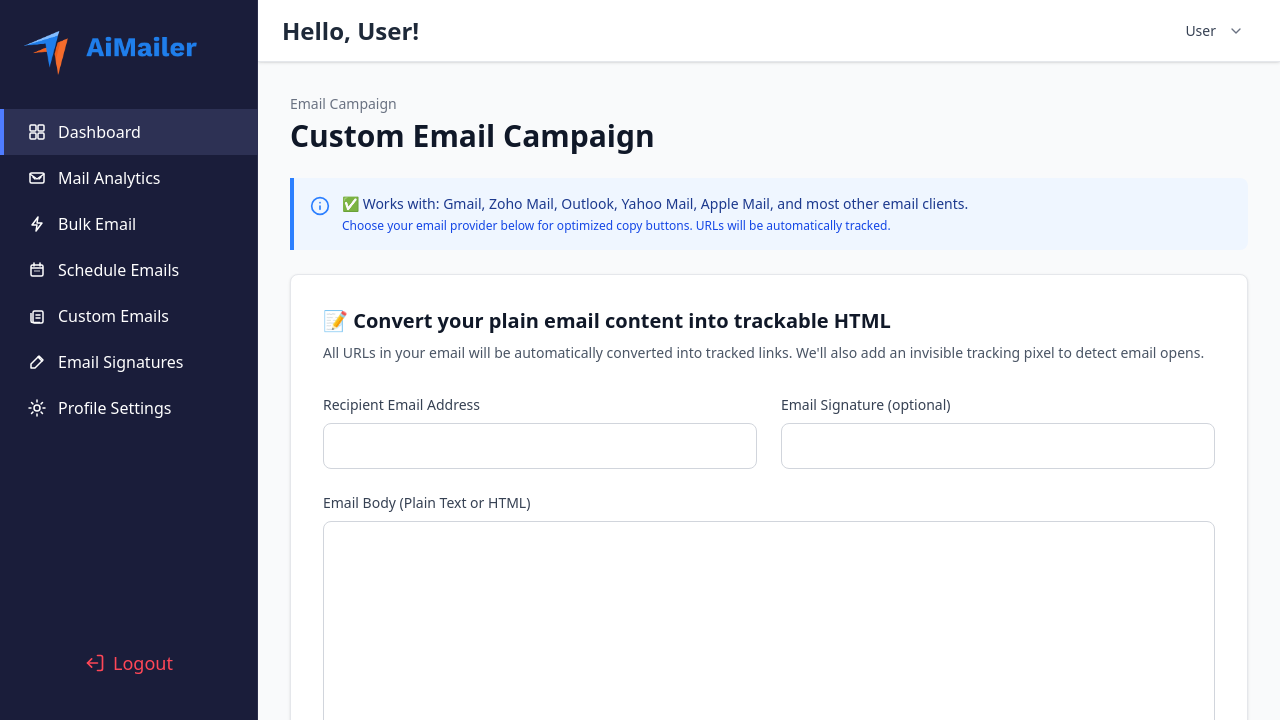
Repository: princesharma8630/AiEmailer-
Page: /custom-emails
The author's editor kept a copy of each file at every save. The page is drawn from the files as they stood at one save, then again after the next save.
The browser window is 1280 px wide. The pictures show the whole page.
The page's requests for data from a server got no answer. An inner scrolling area shows only its first screen. The project was rebuilt for these pictures with package versions that can differ from the ones it lists, and the page was loaded fresh each time. No one was signed in, and anything a server would have sent is missing. Also part of the build but not shown: vite.config.ts, src/router/publicRouter.tsx, src/layouts/authLayout/authlayout.tsx, src/pages/signup/otppage.tsx, src/pages/login/resetpassword/ResetModule.tsx, src/pages/login/login.tsx, src/pages/signup/signup.tsx, src/component/dashbord/StatsCard.tsx and 26 more.

Above is the page before, as saved 2025-10-28 08:11:38.

After the next save:
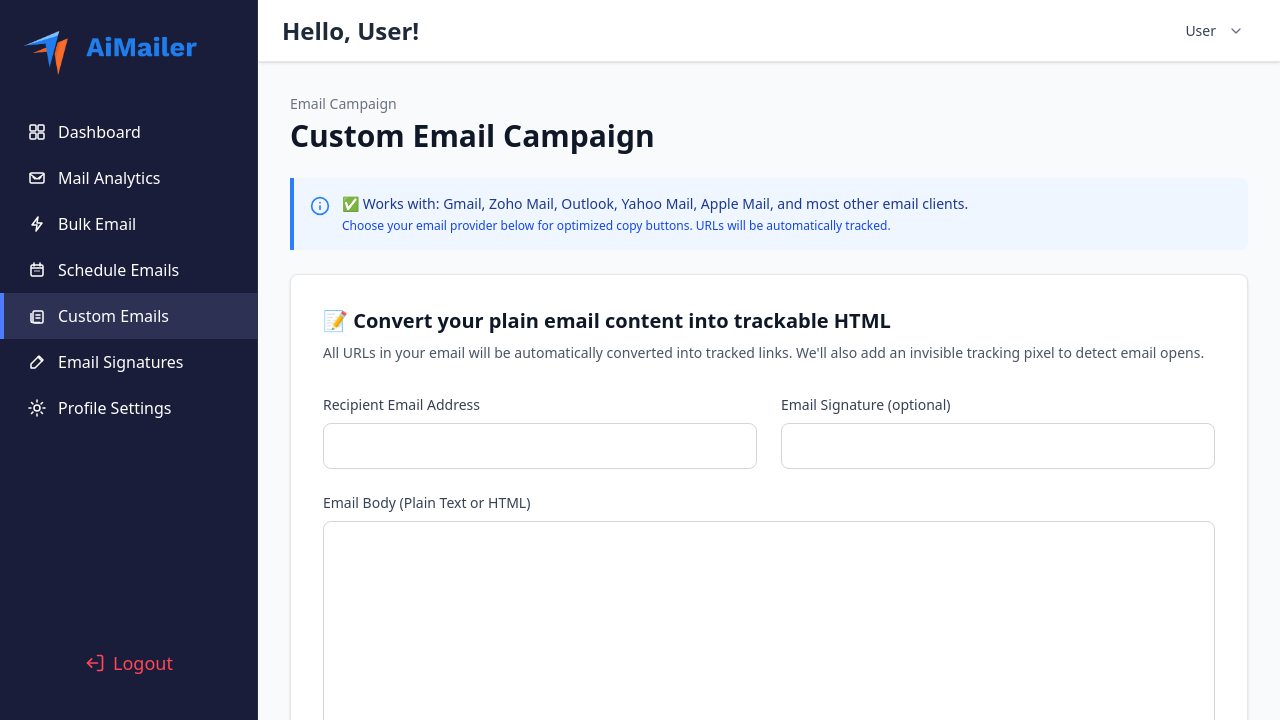
Saved 3 min 14 s later.
--- a/src/component/sidebar/sidebar.tsx
+++ b/src/component/sidebar/sidebar.tsx
@@ -1,4 +1,5 @@
-import { useNavigate } from 'react-router-dom';
+import { useNavigate, useLocation } from 'react-router-dom';
+import { useEffect } from 'react';
 import logo from "../../assets/images/logo.png"
 import RouterConstant from '../../constants/routerConstant';
 
@@ -11,6 +12,7 @@ interface SidebarProps {
 
 const Sidebar = ({ isOpen, onClose, activeItem, setActiveItem }: SidebarProps) => {
   const navigate = useNavigate();
+  const location = useLocation();
 
   // Dashboard Icon
   const DashboardIcon = () => (
@@ -73,14 +75,22 @@ const Sidebar = ({ isOpen, onClose, activeItem, setActiveItem }: SidebarProps) =
   );
 
   const menuItems = [
-    { name: 'Dashboard', icon: <DashboardIcon />, route:RouterConstant.Dashboard },
-    { name: 'Mail Analytics', icon: <MailAnalyticsIcon />, route: RouterConstant.MailAnalytices},
-    { name: 'Bulk Email', icon: <BulkEmailIcon />, route:RouterConstant.BULK_EMAIL },
-    { name: 'Schedule Emails', icon: <ScheduleEmailsIcon />, route:RouterConstant.SCHEDULE_EMAILS },
+    { name: 'Dashboard', icon: <DashboardIcon />, route: RouterConstant.Dashboard },
+    { name: 'Mail Analytics', icon: <MailAnalyticsIcon />, route: RouterConstant.MailAnalytices },
+    { name: 'Bulk Email', icon: <BulkEmailIcon />, route: RouterConstant.BULK_EMAIL },
+    { name: 'Schedule Emails', icon: <ScheduleEmailsIcon />, route: RouterConstant.SCHEDULE_EMAILS },
     { name: 'Custom Emails', icon: <CustomEmailsIcon />, route: RouterConstant.CUSTOM_EMAILS },
     { name: 'Email Signatures', icon: <EmailSignaturesIcon />, route: '/email-signatures' },
     { name: 'Profile Settings', icon: <ProfileSettingsIcon />, route: '/profile-settings' },
   ];
+
+  // Update active item based on current route
+  useEffect(() => {
+    const currentItem = menuItems.find(item => item.route === location.pathname);
+    if (currentItem) {
+      setActiveItem(currentItem.name);
+    }
+  }, [location.pathname]);
 
   const handleLogout = () => {
     // Clear token and user data
